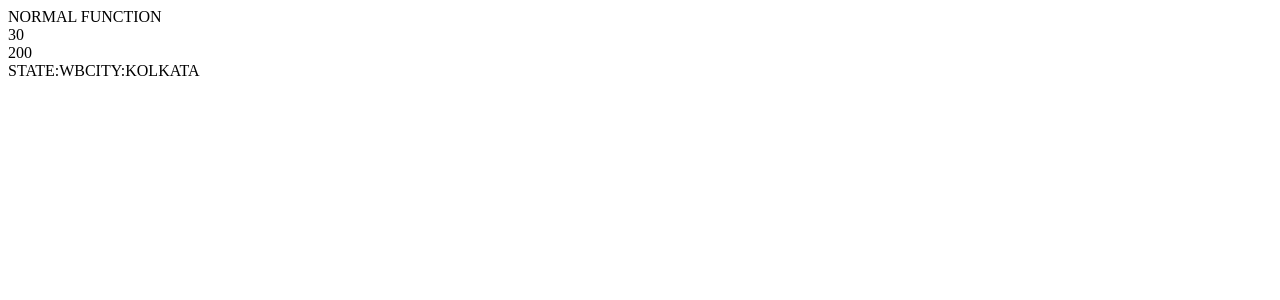
Repository: arindamslt/JEECoding
Page: JEE_FRONTEND/src/main/webapp/02JavascriptFunction.html
These files come from the project's save history. The page is drawn as it stood at one moment and after the next save; the edit follows.
The browser window is 1280 px wide. The pictures show the whole page.

Above is the page before, as saved 2025-07-17 05:50:47.

After the next save:
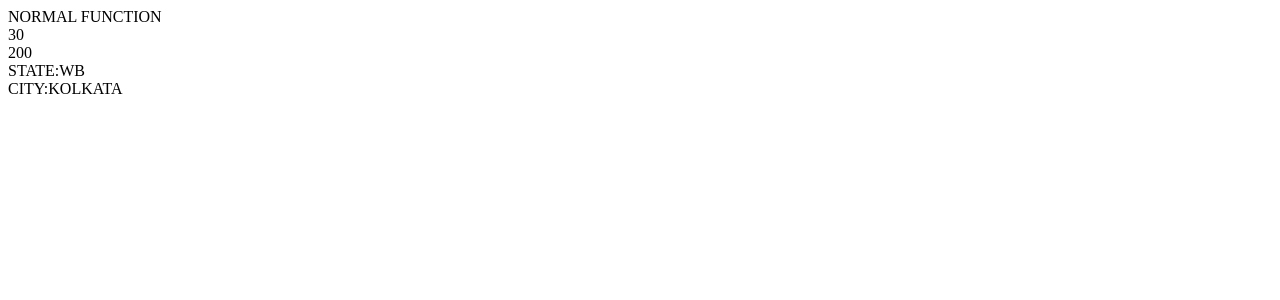
Saved 36 s later.
--- a/JEE_FRONTEND/src/main/webapp/02JavascriptFunction.html
+++ b/JEE_FRONTEND/src/main/webapp/02JavascriptFunction.html
@@ -36,6 +36,8 @@
 		var state="WB";
 		document.write("STATE:"+state);
 	})
+	document.write("<br/>");
+	//CALLBACK AND HIGHER ORDER FUNCTION
 	function print()
 	{
 		var city='KOLKATA';
